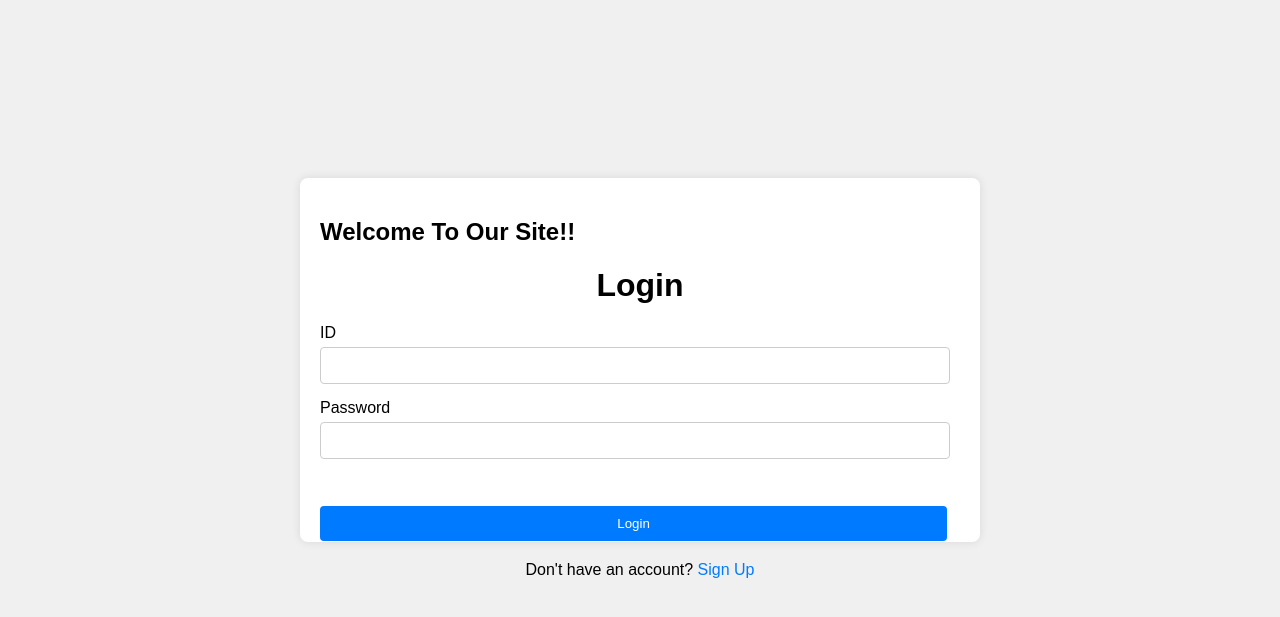
Repository: LifeIsRightward/WebServer
Page: http://localhost/JSPBook/Project/login.jsp
An editor plug-in stored every save of this project. The page is shown before and after the next save, followed by the edit.
The browser window is 1280 px wide. The pictures show the whole page.
The page is served by Tomcat 9. Other server files are loaded and not shown.

Above is the page before, as saved 2024-06-06 17:26:04.

### JSPBook/src/main/webapp/Project/login.jsp
<%@ page language="java" contentType="text/html; charset=EUC-KR"
    pageEncoding="EUC-KR"%>
<!DOCTYPE html>
<html>
<head>
    <meta charset="UTF-8">
    <title>Login Page</title>
    <link rel="stylesheet" href="css/login.css" type="text/css">
</head>
<body>
    <div class="login-container">
    	<h2>Welcome To Our Site!!</h2>
        <h1>Login</h1>
        <form method="post" action="loginprocess.jsp">
            <label for="id">ID</label>
            <input type="text" id="id" name="id" required>

            <label for="password">Password</label>
            <input type="password" id="password" name="password" required>

            <button type="submit">Login</button>
        </form>
        <div class="signup-link">
            <p>Don't have an account? <a href="signup.jsp">Sign Up</a></p>
        </div>
    </div>
</body>
</html>

### JSPBook/src/main/webapp/Project/css/login.css
@charset "EUC-KR";

body {
	font-family: Arial, sans-serif;
    display: flex;
    justify-content: center;
    align-items: center;
    height: 100vh;
    margin: 0;
    background-color: #f0f0f0;
}

.login-container {
	background-color: #fff;
    padding: 20px;
    box-shadow: 0 0 10px rgba(0, 0, 0, 0.1);
    border-radius: 8px;
    width: 50%;
    height: 45%;
}

.login-container h1 {
	text-align: center;
	margin-bottom: 20px;
}

.login-container label {
	display: block;
     margin-bottom: 5px;
}
.login-container input[type="text"],
.login-container input[type="password"] {
	width: 95%;
	padding: 10px;
	margin-bottom: 15px;
	border: 1px solid #ccc;
	border-radius: 4px;
}

.login-container button {
	width: 98%;
    padding: 10px;
    margin-top: 5%;
  	background-color: #007BFF;
	border: none;
	color: white;
	border-radius: 4px;
	cursor: pointer;
}

.login-container button:hover {
	background-color: #0056b3;
}


.login-container .signup-link {
	display: block;
	text-align: center;
	margin-top: 3%;
}

.login-container .signup-link a {
	color: #007BFF;
	text-decoration: none;
}

.login-container .signup-link a:hover {
	text-decoration: underline;
}

.signup-link {
	margin-top: 3%;
}

After the next save:
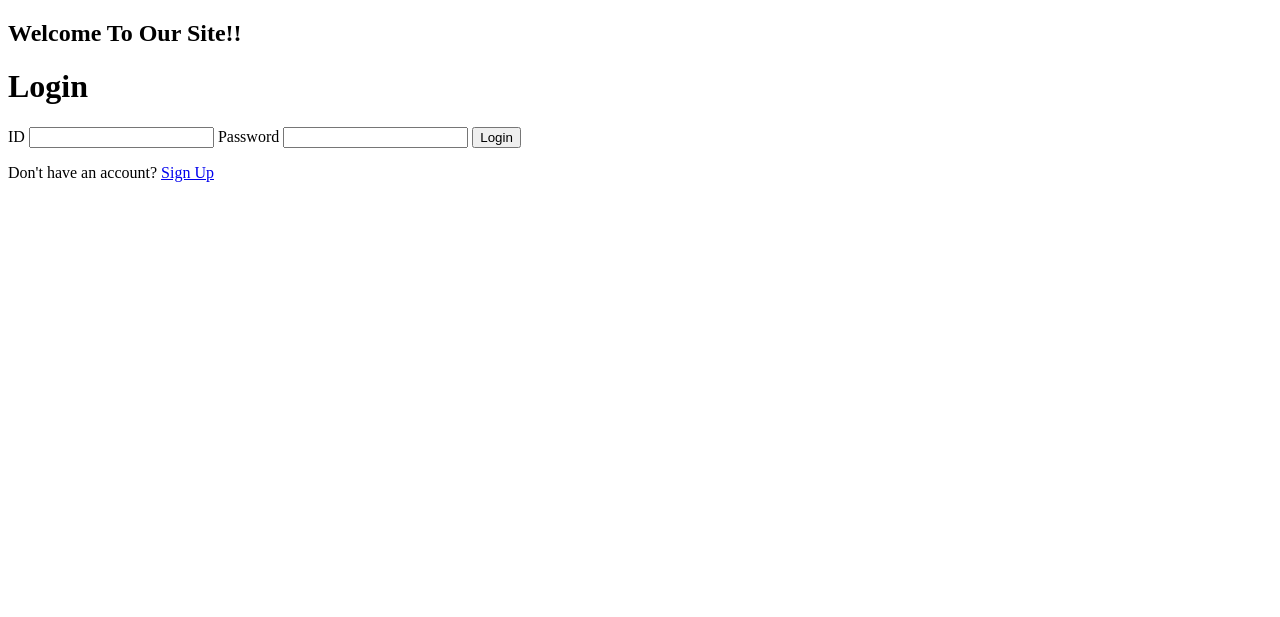
Saved 22 s later.
--- a/JSPBook/src/main/webapp/Project/login.jsp
+++ b/JSPBook/src/main/webapp/Project/login.jsp
@@ -5,7 +5,7 @@
 <head>
     <meta charset="UTF-8">
     <title>Login Page</title>
-    <link rel="stylesheet" href="css/login.css" type="text/css">
+
 </head>
 <body>
     <div class="login-container">

After the save that followed:
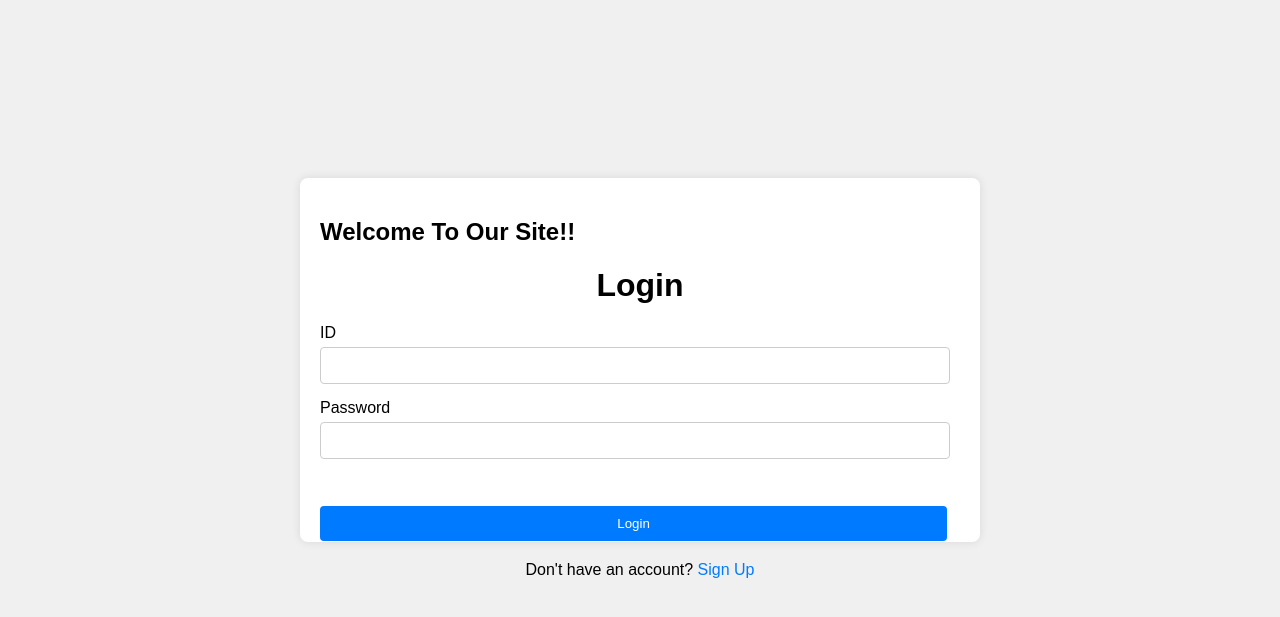
Saved 7 s later.
--- a/JSPBook/src/main/webapp/Project/login.jsp
+++ b/JSPBook/src/main/webapp/Project/login.jsp
@@ -5,7 +5,7 @@
 <head>
     <meta charset="UTF-8">
     <title>Login Page</title>
-
+    <link rel="stylesheet" href="css/login.css" type="text/css">
 </head>
 <body>
     <div class="login-container">
